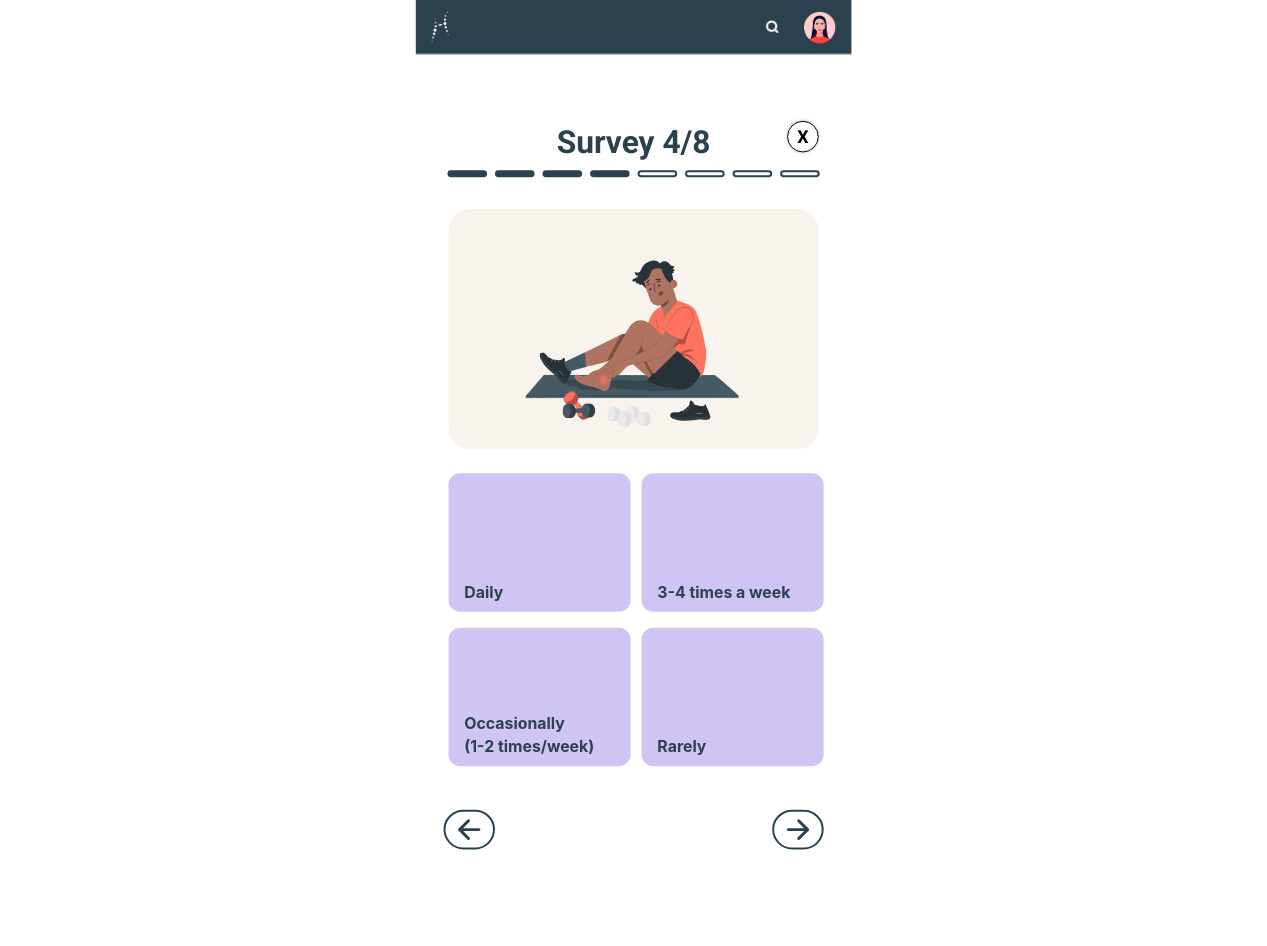
Repository: patcha-d3/heal_u
Page: /onboarding/step-two
The author's editor kept a copy of each file at every save. The page is drawn from the files as they stood at one save, then again after the next save.
The browser window is 1280 px wide. The pictures show the whole page, at 99% of full size.
The project was rebuilt for these pictures with package versions that can differ from the ones it lists, and the page was loaded fresh each time. The framework's server and built-in components were replaced by stand-ins that run in the browser. Also part of the build but not shown: next.config.js, next.config.mjs, ui/Bottomnav/Bottomnav.module.css, ui/Bottomnav/Bottomnav.js, ui/SurveyProgress/Surveyprogress.css.

Above is the page before, as saved 2025-05-16 21:02:40.

### app/layout.js
"use client";

import { Geist, Geist_Mono } from "next/font/google";
import { Roboto } from "next/font/google";
import "./globals.css";
import { usePathname } from "next/navigation";
import { jsx as _jsxDEV } from "react/jsx-dev-runtime";
import { Fragment as _Fragment } from "react/jsx-runtime";
import { jsxs as _jsxsDEV } from "react/jsx-dev-runtime";
import TopNav from "@ui/Topnav/Topnav";
import Bottomnav from "@ui/Bottomnav/Bottomnav";
import { ThemeProvider, useTheme } from "@context/ThemeContext";

const geistSans = Geist({
	variable: "--font-geist-sans",
	subsets: ["latin"],
});

const geistMono = Geist_Mono({
	variable: "--font-geist-mono",
	subsets: ["latin"],
});

const roboto = Roboto({
	weight: ["300", "400", "500", "700"],
	subsets: ["latin"],
	display: "swap",
});

function ThemedContainer({ children }) {
	const { theme } = useTheme();
	const pathname = usePathname();
	const isHome = pathname === "/home";
	const isStepOne = pathname === "/onboarding/step-one";
	const isReDiagnoseFirst = pathname === "/re-diagnose";
	const bgColor =
		isHome || isStepOne || isReDiagnoseFirst
			? "#29424D"
			: theme === "dark"
			? "#29424D"
			: "#FFFFFF";
	return (
		<div className='min-h-screen w-full flex items-center justify-center'>
			<div
				className={`w-[440px] h-[956px] relative flex flex-col`}
				style={{ background: bgColor }}
			>
				{children}
			</div>
		</div>
	);
}

export default function RootLayout({ children }) {
	const pathname = usePathname();
	const isHome = pathname === "/home";
	const hideNav = pathname.startsWith("/plandetail");
	const showBottomNav =
		!pathname?.includes("/onboarding") &&
		!pathname?.startsWith("/recovery-plan/step-one") &&
		!pathname?.startsWith("/recovery-plan/step-two") &&
		!pathname?.startsWith("/recovery-plan/step-three") &&
		!pathname?.startsWith("/recovery-plan/step-four");
	const isStepOne = pathname?.includes("/onboarding/step-one");
	const isStepTwo = pathname?.includes("/onboarding/step-two");
	const isRecoveryStepOne = pathname?.includes("/recovery-plan/step-one");
	const isRecoveryStepTwo = pathname?.includes("/recovery-plan/step-two");
	const isStepThree = pathname?.includes("/onboarding/step-three");
	const isStepFour = pathname?.includes("/onboarding/step-four");
	const isReDiagnoseFirst = pathname === "/re-diagnose";

	return (
		<html lang='en'>
			<body
				className={`${geistSans.variable} ${geistMono.variable} ${roboto.className} antialiased`}
				suppressHydrationWarning
			>
				<ThemeProvider>
					<ThemedContainer>
						{!hideNav && (
							<TopNav
								isHome={isHome}
							/>
						)}
						<main className='flex-1 overflow-y-auto flex items-center justify-center'>
							{children}
						</main>
						{showBottomNav && (
							<div className='absolute bottom-0 left-0 right-0'>
								<Bottomnav />
							</div>
						)}
					</ThemedContainer>
				</ThemeProvider>
			</body>
		</html>
	);
}

### app/onboarding/step-two/page.js
"use client";

import React, { useState } from "react";
import ButtonSurvey from "@ui/Button-survey/Button-survey";
import Image from "next/image";
import ExitChip from "@ui/Exitchip/Exitchip";
import SurveyProgress from "@ui/SurveyProgress/SurveyProgress";
import ButtonBack from "@ui/Button-back/Button-back";
import ButtonForward from "@ui/Button-forward/Button-forward";
import { useRouter } from "next/navigation";

export default function RootPage() {
	const [selected, setSelected] = useState(null);
	const currentStep = 4;
	const totalSteps = 8;
	const router = useRouter();

	return (
		<div className='w-[406px] h-[800px] relative'>
			<ExitChip className='absolute top-[16px] right-[16px]' />
			<div className='absolute bottom-[48px] left-0 right-0 flex justify-between px-[11px]'>
				<ButtonBack
					onClick={() =>
						router.push(
							"/onboarding/step-one"
						)
					}
				/>
				<ButtonForward
					onClick={() =>
						router.push(
							"/onboarding/step-four"
						)
					}
				/>
			</div>
			<main className='h-full flex flex-col px-4 py-[18px]'>
				<SurveyProgress
					currentStep={currentStep}
					totalSteps={totalSteps}
				/>

				{/* Image and Button Wrapper */}
				<div className='flex flex-col items-center gap-6 mt-8'>
					<Image
						src='/assets/survey-img.png'
						alt='Survey'
						width={400}
						height={260}
						className='rounded-lg'
					/>

					<div className='grid grid-cols-2 gap-4'>
						<ButtonSurvey
							label='Daily'
							active={
								selected ===
								"Daily"
							}
							onClick={() =>
								setSelected(
									"Daily"
								)
							}
						/>
						<ButtonSurvey
							label='3-4 times a week'
							active={
								selected ===
								"3-4 times a week"
							}
							onClick={() =>
								setSelected(
									"3-4 times a week"
								)
							}
						/>
						<ButtonSurvey
							label={
								<>
									Occasionally
									<br />
									(1-2
									times/week)
								</>
							}
							active={
								selected ===
								"Occasionally (1-2 times/week)"
							}
							onClick={() =>
								setSelected(
									"Occasionally (1-2 times/week)"
								)
							}
						/>
						<ButtonSurvey
							label='Rarely'
							active={
								selected ===
								"Rarely"
							}
							onClick={() =>
								setSelected(
									"Rarely"
								)
							}
						/>
					</div>
				</div>
			</main>
		</div>
	);
}

### ui/Topnav/Topnav.js
"use client";

import React, { useState } from "react";
import styles from "./TopNav.module.css";

export default function TopNav() {
	const [showSearch, setShowSearch] = useState(false);
	const [hasNotification, setHasNotification] = useState(false);

	return (
		<header
			className={styles.topBar}
			style={{
				borderBottom:
					"1px solid rgba(255, 255, 255, 0.5)",
			}}
		>
			<a href='/' className={styles.logoContainer}>
				<img
					src='/assets/logo.png'
					alt='Logo'
					className={styles.logoImg}
				/>
			</a>

			<div className={styles.iconContainer}>
				<div className={styles.searchWrapper}>
					{showSearch && (
						<div
							className={
								styles.searchBox
							}
						>
							<input
								type='text'
								className={
									styles.searchInput
								}
								placeholder='Search...'
								autoFocus
							/>
						</div>
					)}
					<img
						src='/assets/search.png'
						alt='Search'
						className={`${styles.iconImg} ${
							showSearch
								? styles.dark
								: ""
						}`}
						onClick={() =>
							setShowSearch(
								!showSearch
							)
						}
					/>
				</div>

				<div className={styles.avatarContainer}>
					<img
						src={
							hasNotification
								? "/assets/avatar-notification.png"
								: "/assets/avatar.png"
						}
						alt='Avatar'
						className={styles.avatarImg}
					/>
				</div>
			</div>
		</header>
	);
}

### context/ThemeContext.js
"use client";
import React, { createContext, useContext, useState, useEffect } from "react";

const ThemeContext = createContext();

export function ThemeProvider({ children }) {
	const [theme, setTheme] = useState("light");

	useEffect(() => {
		const stored =
			typeof window !== "undefined" &&
			localStorage.getItem("theme");
		if (stored) setTheme(stored);
	}, []);

	useEffect(() => {
		if (typeof window !== "undefined") {
			localStorage.setItem("theme", theme);
		}
	}, [theme]);

	return (
		<ThemeContext.Provider value={{ theme, setTheme }}>
			{children}
		</ThemeContext.Provider>
	);
}

export function useTheme() {
	return useContext(ThemeContext);
}

### ui/Button-survey/Button-survey.js
import React from 'react';
import styles from './Button-survey.module.css';


const ButtonSurvey = ({ label, active, onClick }) => (
  <button
    className={`${styles.surveyButton}${active ? ' ' + styles.active : ''}`}
    onClick={onClick}
  >
    {label}
  </button>
);

export default ButtonSurvey;

### ui/Exitchip/Exitchip.js
import styles from "./Exitchip.module.css";

export default function ExitChip({ className }) {
	return (
		<button className={`${styles.button} ${className || ""}`}>
			X
		</button>
	);
}

### ui/SurveyProgress/SurveyProgress.js
"use client";

import React from "react";
import "./SurveyProgress.css";

const SurveyProgress = ({ currentStep, totalSteps }) => {
	return (
		<div className='flex flex-col items-center gap-2'>
			<div className='text-[32px] leading-[40px] font-roboto font-bold text-[#29424D]'>
				Survey {currentStep}/{totalSteps}
			</div>
			<div className='flex gap-2'>
				{Array.from({ length: totalSteps }).map(
					(_, index) => (
						<div
							key={index}
							className={`w-10 h-[7px] rounded-lg ${
								index <
								currentStep
									? "bg-[#29424D]"
									: "border-2 border-[#29424D]"
							}`}
						/>
					)
				)}
			</div>
		</div>
	);
};

export default SurveyProgress;

### ui/Button-back/Button-back.js
"use client";

import React from "react";
import { IoArrowBack } from "react-icons/io5";
import styles from "./Button-back.module.css";

export default function ButtonBack({ onClick, className = "" }) {
	return (
		<button
			className={`${styles.backButton} ${className}`}
			onClick={onClick}
			aria-label='Go back'
			type='button'
		>
			<IoArrowBack className={styles.arrowIcon} />
		</button>
	);
}

### ui/Button-forward/Button-forward.js
"use client";

import React from "react";
import { IoArrowForward } from "react-icons/io5";
import styles from "./Button-forward.module.css";

export default function ButtonForward({ onClick, className = "" }) {
	return (
		<button
			className={`${styles.forwardButton} ${className}`}
			onClick={onClick}
			aria-label='Go forward'
			type='button'
		>
			<IoArrowForward className={styles.arrowIcon} />
		</button>
	);
}

### ui/Topnav/Topnav.module.css
.topBar {
	width: 440px;
	height: 55px;
	background-color: #2b414d;
	display: flex;
	align-items: center;
	justify-content: space-between;
	padding: 0 16px;
	margin: 0 auto;
	box-sizing: border-box;
	border-bottom: 1px solid #ffffff;
}

.logoImg {
	height: 30.56px;
	cursor: pointer;
}

.iconContainer {
	display: flex;
	align-items: center;
	gap: 16px;
}

.searchWrapper {
	display: flex;
	align-items: center;
	gap: 8px;
	position: relative;
}

.searchBox {
	background-color: white;
	width: 226px;
	height: 32px;
	border-radius: 24px;
	display: flex;
	align-items: center;
	padding: 0 5px;
	gap: 8px;
	transition: all 0.3s ease;
}

.searchInput {
	flex: 1;
	border: none;
	outline: none;
	font-size: 16px;
	background-color: transparent;
}

.iconImg {
	width: 32px;
	height: 32px;
	cursor: pointer;
	filter: brightness(200);
	transition: filter 0.3s ease;
}

.iconImg.dark {
	filter: brightness(0);
}

.avatarContainer {
	width: 32px;
	height: 34px;
	border-radius: 50%;
	overflow: hidden;
}

.avatarImg {
	width: 100%;
	height: 100%;
	object-fit: cover;
}

### ui/Button-survey/Button-survey.module.css
.surveyButton {
    background-color: #CFC4F4;
    color: #29424D;
    font-family: 'Inter', sans-serif;
    font-weight: bold;
    font-size: 16px;
    padding: 8px 16px;
    border: none;
    border-radius: 12px;
    cursor: pointer;
    transition: background-color 0.3s, color 0.3s;
    width: 184px;
    height: 140px;
    display: flex;
    align-items: flex-end;
    justify-content: flex-start;
    text-align: left;
}

.surveyButton.active {
    background-color: #29424D;
    color: #CFC4F4;
}

### ui/Exitchip/Exitchip.module.css
.button {
    background-color: white;
    color: black;
    border: 1px solid black;
    border-radius: 50%;
    width: 32px;
    height: 32px;
    font-size: 18px;
    font-weight: bold;
    text-align: center;
    cursor: pointer;
    box-shadow: 0 0 4px rgba(0,0,0,0.2);
    transition: all 0.2s ease-in-out;
    line-height: 28px;
    padding: 0;
  }

  .button:hover {
    background-color: #f0f0f0;
    border-color: black;
  }

### ui/Button-back/Button-back.module.css
.backButton {
	background: none;
	border: 2px solid #29424d;
	border-radius: 24px;
	padding: 0;
	cursor: pointer;
	outline: none;
	display: flex;
	align-items: center;
	justify-content: center;
	width: 52px;
	height: 40px;
}

.arrowIcon {
	width: 32px;
	height: 32px;
	color: #29424d;
	transition: transform 0.2s ease;
}

.backButton:hover .arrowIcon {
	transform: translateX(-4px);
}

### ui/Button-forward/Button-forward.module.css
.forwardButton {
	background: none;
	border: 2px solid #29424d;
	border-radius: 24px;
	padding: 0;
	cursor: pointer;
	outline: none;
	display: flex;
	align-items: center;
	justify-content: center;
	width: 52px;
	height: 40px;
}

.arrowIcon {
	width: 32px;
	height: 32px;
	color: #29424d;
	transition: transform 0.2s ease;
}

.forwardButton:hover .arrowIcon {
	transform: translateX(4px);
}

Loaded but not shown: app/globals.css (common file)

After the next save:
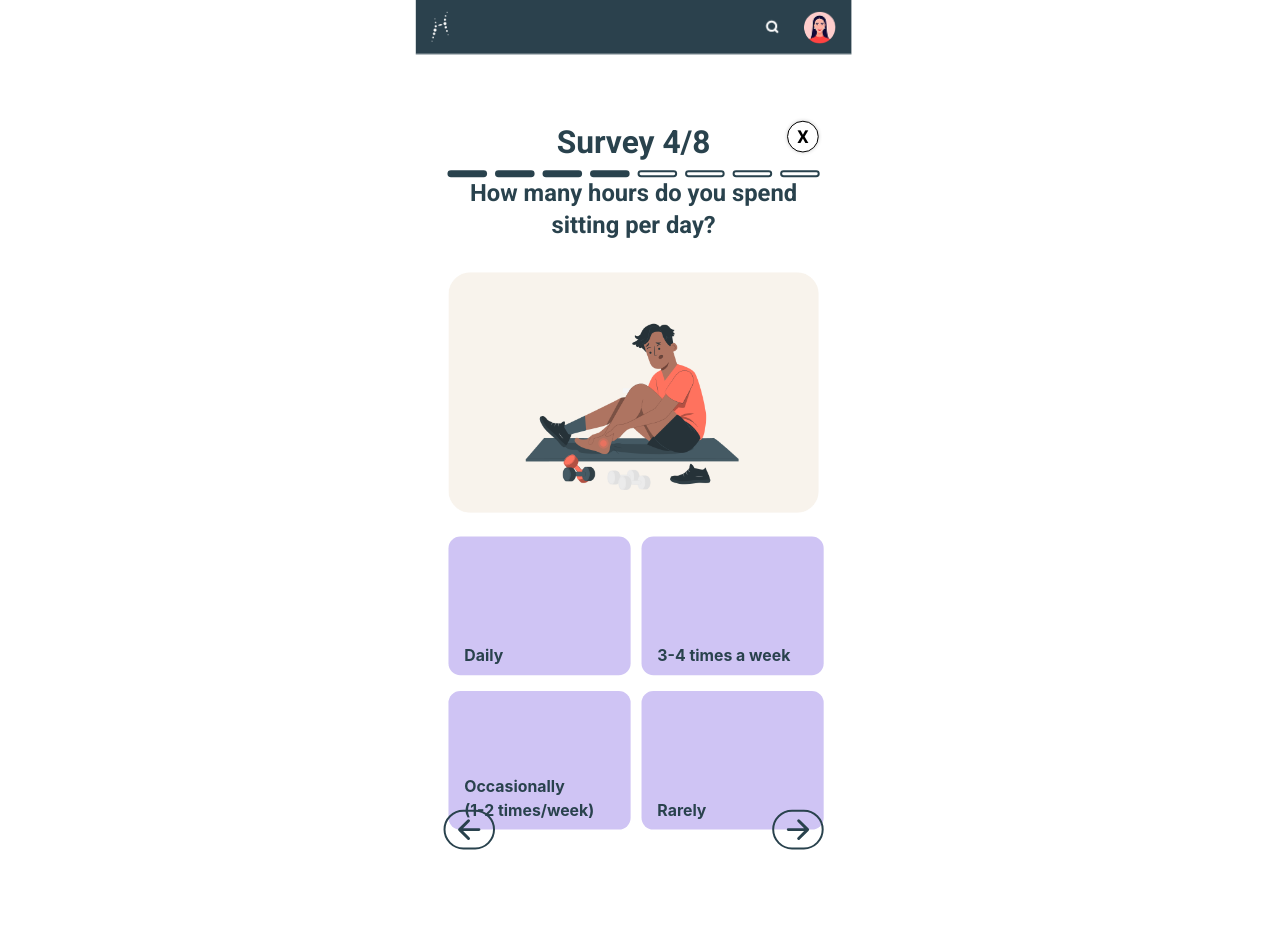
Saved 5 min 41 s later.
--- a/app/onboarding/step-two/page.js
+++ b/app/onboarding/step-two/page.js
@@ -39,6 +39,10 @@ export default function RootPage() {
 					currentStep={currentStep}
 					totalSteps={totalSteps}
 				/>
+				<h2 className='text-2xl font-semibold text-[#29424D] text-center'>
+					How many hours do you spend sitting per
+					day?
+				</h2>
 
 				{/* Image and Button Wrapper */}
 				<div className='flex flex-col items-center gap-6 mt-8'>
